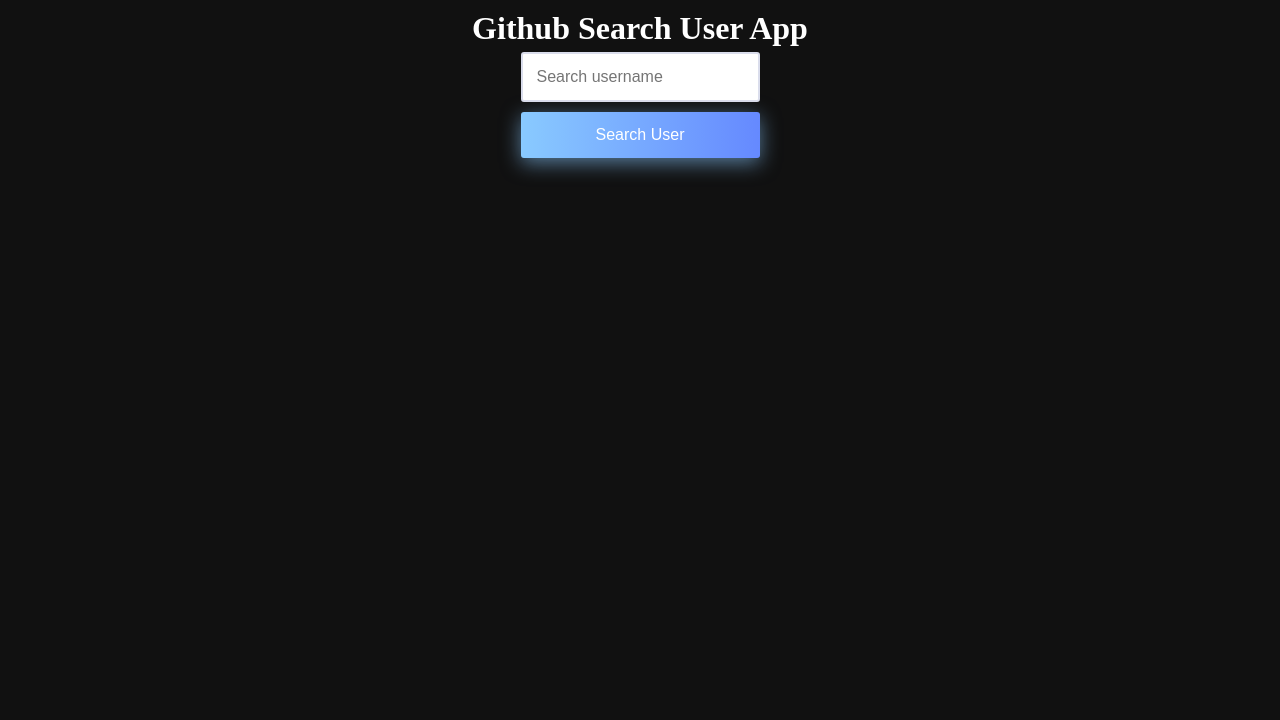
Repository: solox-cyber/Github-search-user
Page: index.html
An editor plug-in stored every save of this project. The page is shown before and after the next save, followed by the edit.
The browser window is 1280 px wide. The pictures show the whole page.

Above is the page before, as saved 2023-03-25 18:58:24.

After the next save:
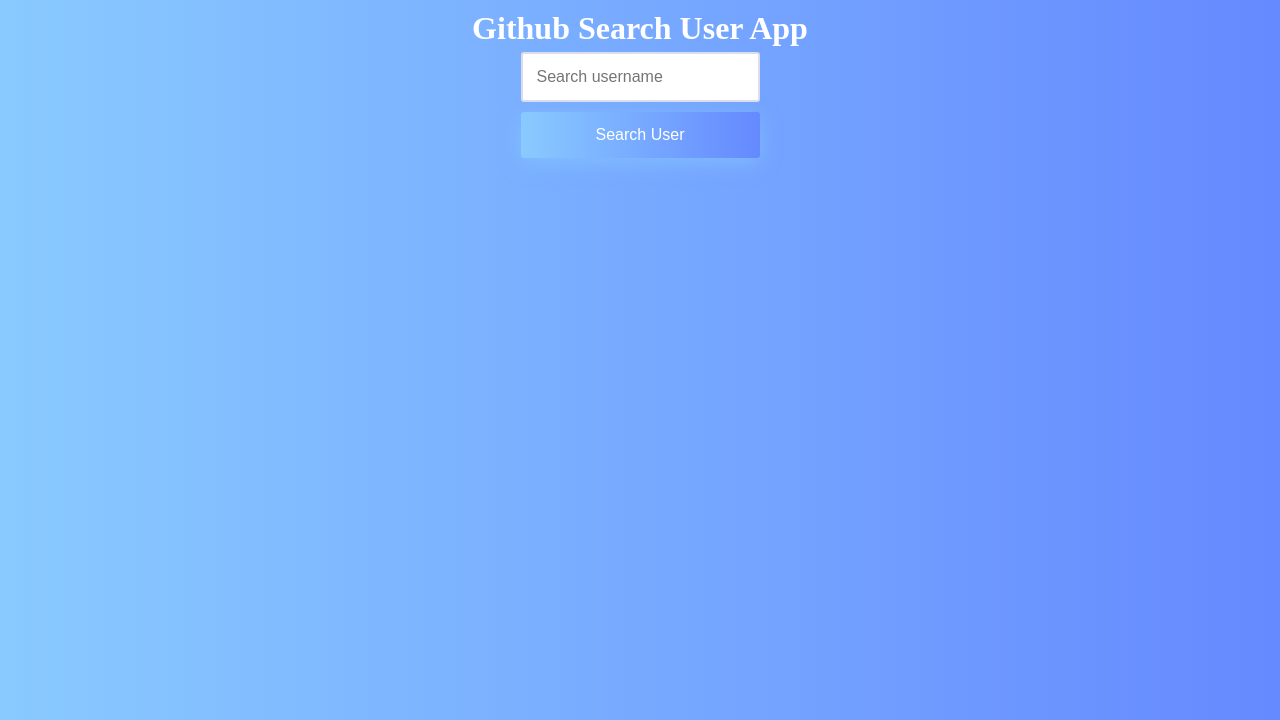
Saved 40 s later.
--- a/style.css
+++ b/style.css
@@ -5,7 +5,7 @@
 }
 
 body{
-    background-color: #111;
+    background-image: linear-gradient(to right, #89CAFF, #6589FF);
     color: #fff;
 }
 
